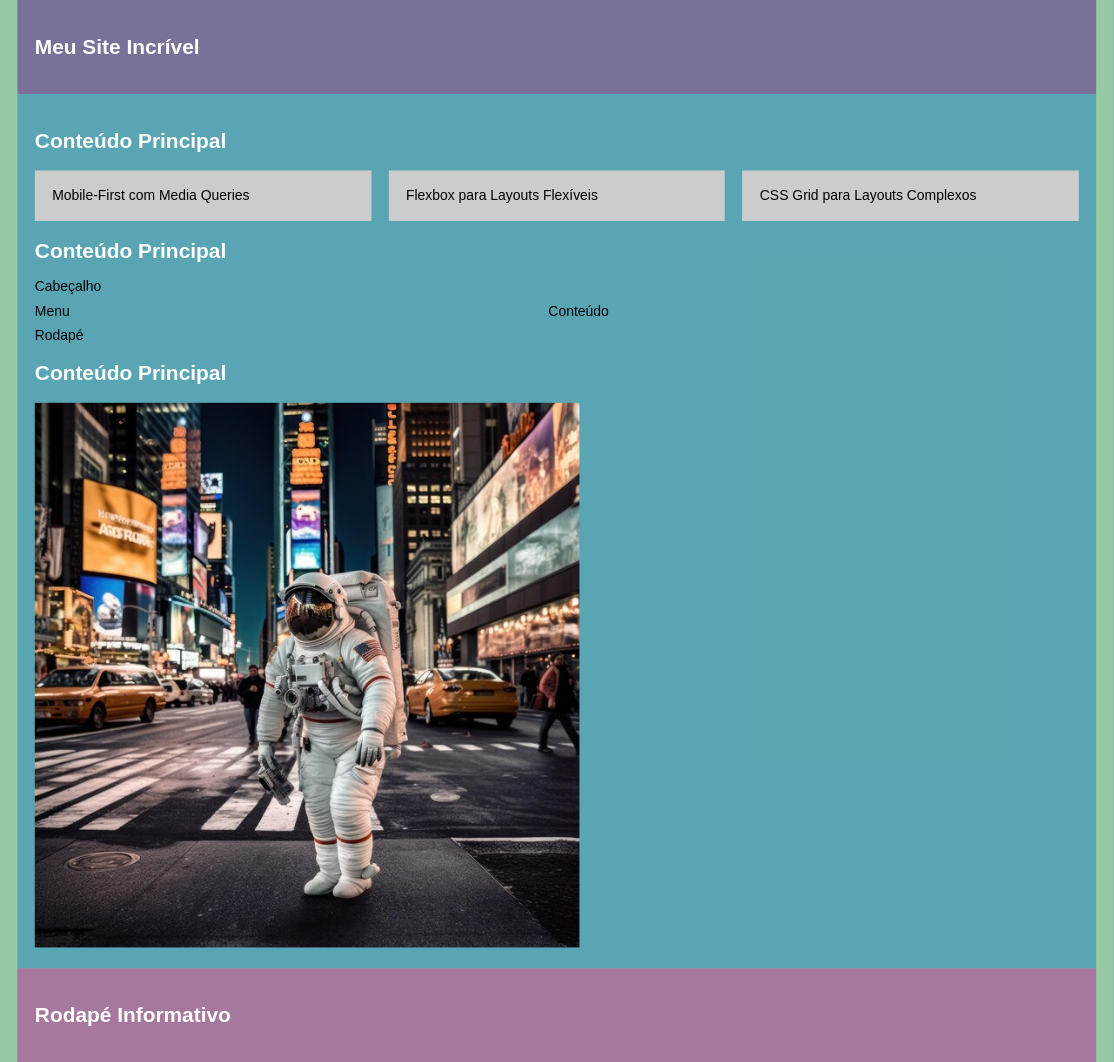
Repository: douglasabnovato/model-lp
Page: index.html
These files come from the project's save history. The page is drawn as it stood at one moment and after the next save; the edit follows.
The browser window is 1280 px wide. The pictures show the whole page, at 87% of full size.

Above is the page before, as saved 2025-02-25 11:24:49.

### index.html
<!DOCTYPE html>
<html lang="pt-br">
  <head>
    <meta charset="UTF-8" />
    <meta name="viewport" content="width=device-width, initial-scale=1.0" />
    <title>Filmes Épicos</title>
    <link rel="stylesheet" type="text/css" href="./style.css" />
  </head>
  <body>
    <header>
      <h2>Meu Site Incrível</h2>
    </header>
    <main>
      <h2>Conteúdo Principal</h2>
      <div class="container">
        <div class="item">Mobile-First com Media Queries</div>
        <div class="item">Flexbox para Layouts Flexíveis</div>
        <div class="item">CSS Grid para Layouts Complexos</div>
      </div>

      <h2>Conteúdo Principal</h2>
      <div class="grid-container">
        <div class="grid-item">Cabeçalho</div>
        <div class="grid-item">Menu</div>
        <div class="grid-item">Conteúdo</div>
        <div class="grid-item">Rodapé</div>
      </div>

      <h2>Conteúdo Principal</h2>
        <img
          src="./assets/astronauta-626.jpg"
          alt="Astronauta"
        />

    </main>
    <footer>
      <h2>Rodapé Informativo</h2>
    </footer>
  </body>
</html>

### style.css
/* Estilos base para mobile */
body {
  font-family: Arial, sans-serif;
  margin: 0;
  background-color: #65691c77;
}

h2 {
  color: white;
}

header,
main,
footer {
  padding: 20px;
}

header {
  background-color: #5b0a8777;
}

main {
  background-color: #157bc077;
}

.container {
  display: flex;
  flex-wrap: wrap;
  gap: 20px;
}

.item {
  background-color: #ccc;
  flex: 1 1 200px;
  padding: 20px;
  box-sizing: border-box;
}

.grid-container {
  display: grid;
  grid-template-areas:
    "header header"
    "menu content"
    "footer footer";
  grid-gap: 10px;
}

.grid-item:nth-child(1) {
  grid-area: header;
}

.grid-item:nth-child(2) {
  grid-area: menu;
}

.grid-item:nth-child(3) {
  grid-area: content;
}

.grid-item:nth-child(4) {
  grid-area: footer;
}

footer {
  background-color: #b81b9377;
}

/* Media Query para telas maiores */
@media (min-width: 768px) {
  body {
    background-color: #238d4377;
  }

  header,
  main,
  footer {
    max-width: 1200px;
    margin: 0 auto;
  }
}

After the next save:
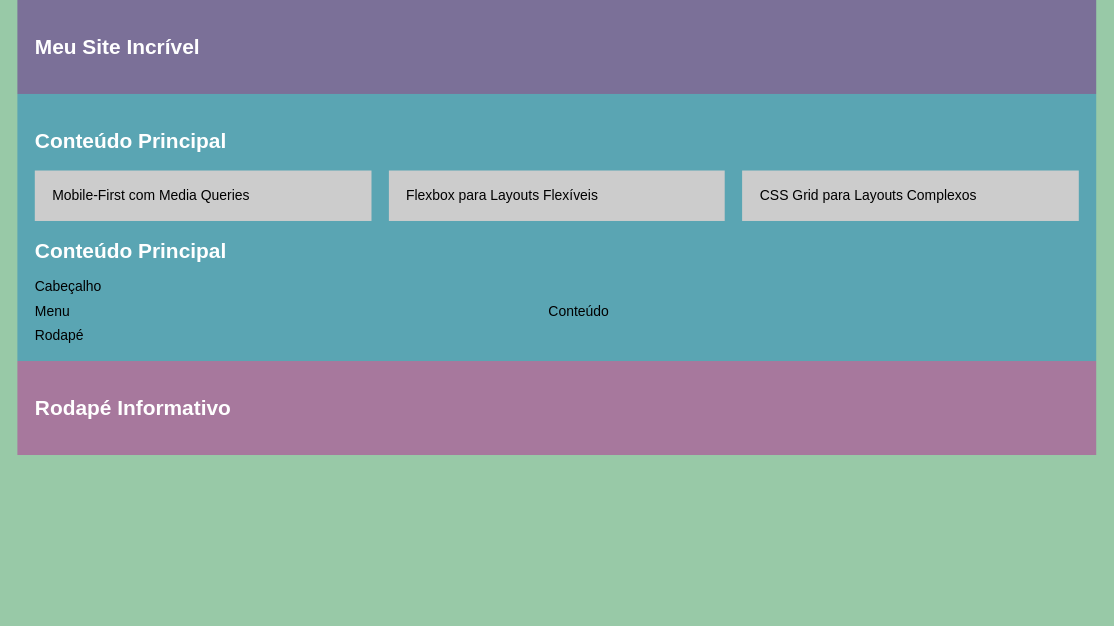
Saved 8 s later.
--- a/index.html
+++ b/index.html
@@ -26,11 +26,7 @@
         <div class="grid-item">Rodapé</div>
       </div>
 
-      <h2>Conteúdo Principal</h2>
-        <img
-          src="./assets/astronauta-626.jpg"
-          alt="Astronauta"
-        />
+
 
     </main>
     <footer>

After the save that followed:
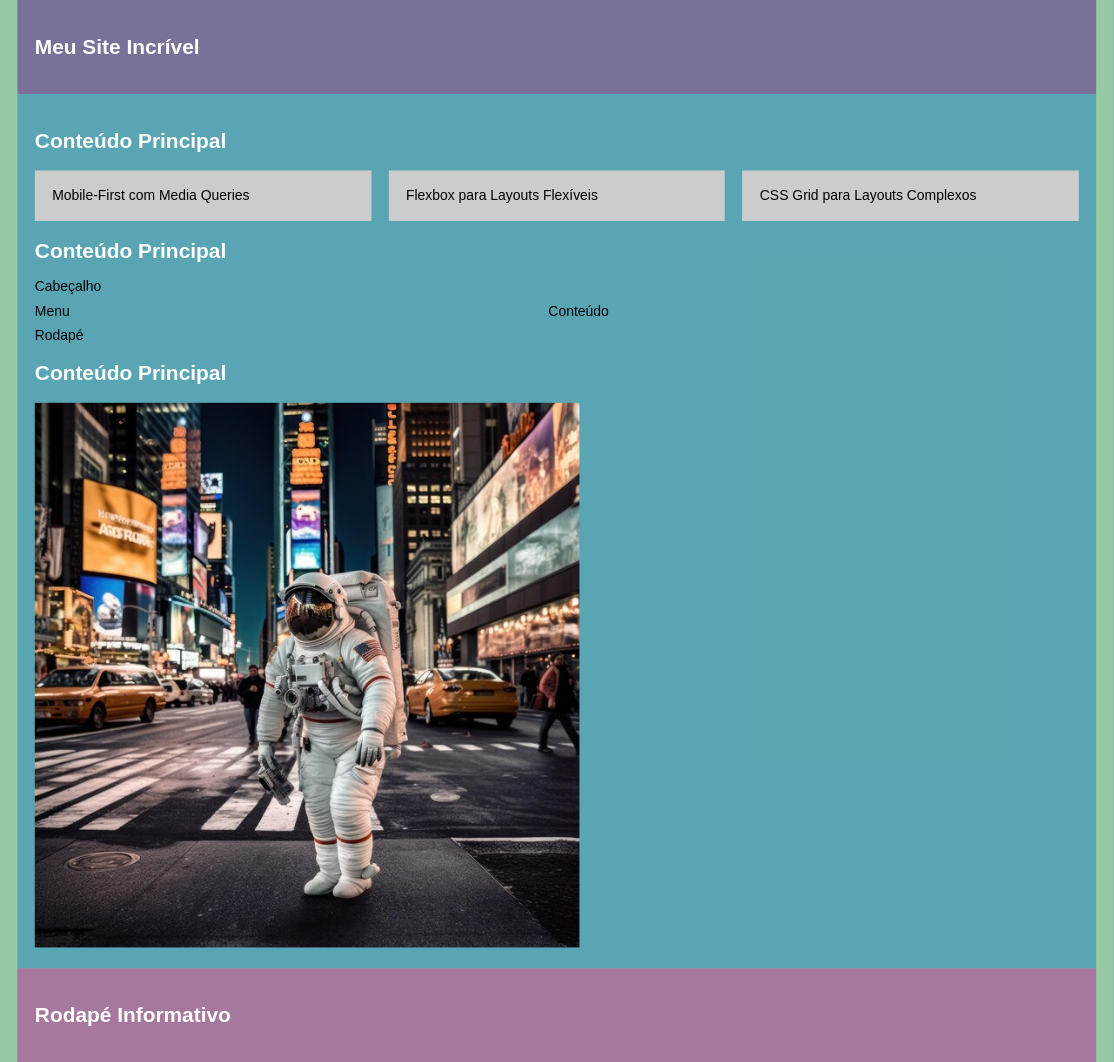
Saved 22 s later.
--- a/index.html
+++ b/index.html
@@ -26,7 +26,13 @@
         <div class="grid-item">Rodapé</div>
       </div>
 
-
+      <h2>Conteúdo Principal</h2>
+      <div>
+        <img
+          src="./assets/astronauta-626.jpg"
+          alt="Astronauta"
+        />
+      </div>
 
     </main>
     <footer>
